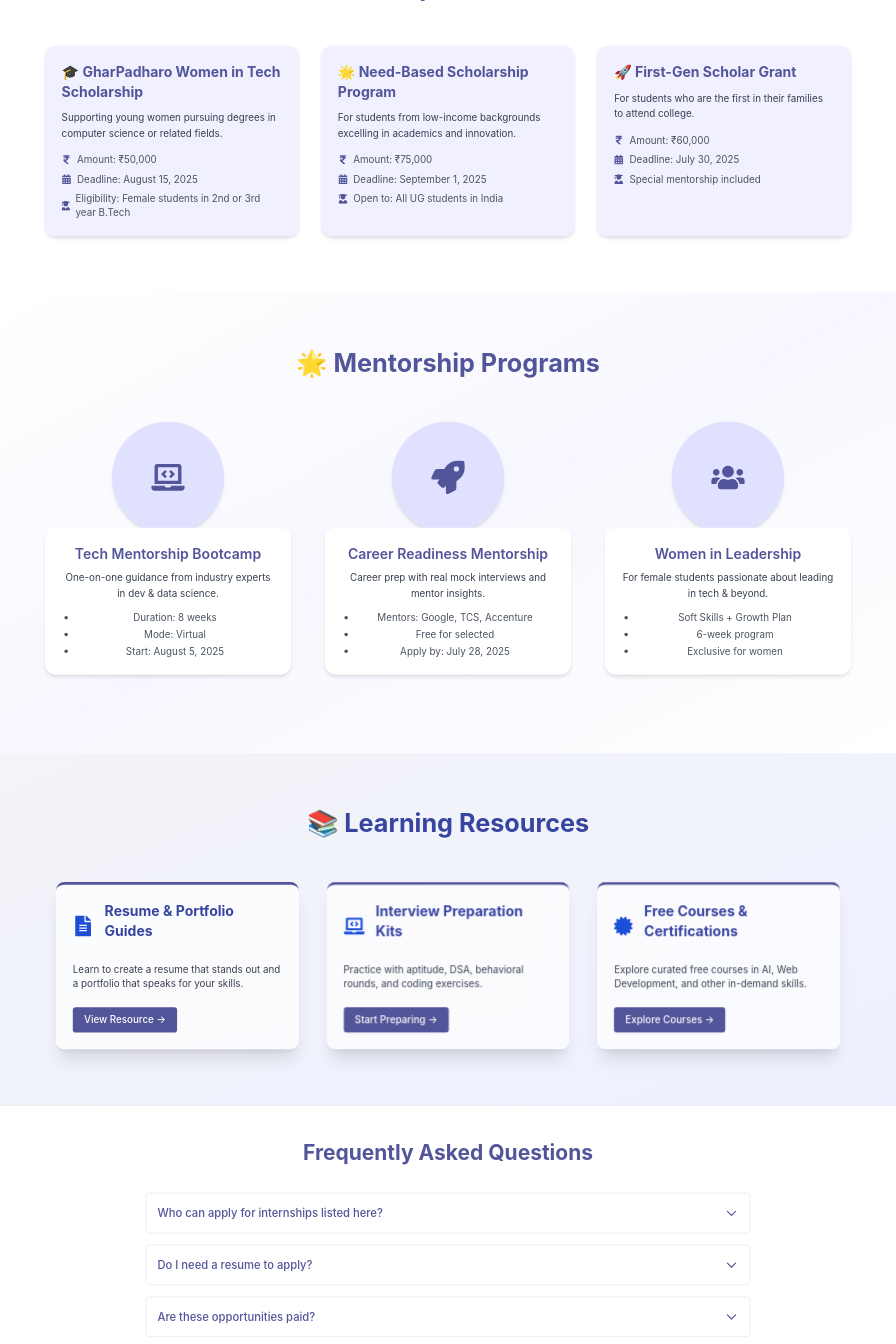
Repository: Siddharthkothiyal/GharPadhaaroCareerWebsite
Page: /#/students
These files come from the project's save history. The page is drawn as it stood at one moment and after the next save; the edit follows.
The browser window is 1280 px wide. The pictures show the part of the page from y = 4580 to 6500 px (the page is 6686 px tall before and 6691 px after), at 70% of full size.
The project was rebuilt for these pictures with package versions that can differ from the ones it lists, and the page was loaded fresh each time. Also part of the build but not shown: src/components/CareerPortal/JobListing/JobListings.css, src/components/CareerPortal/JobListing/JobListings.js, src/components/CareerPortal/Header.css, src/components/CareerPortal/ResumeUpload.css, src/components/CareerPortal/ResumeUpload.js, src/components/CareerPortal/Header.js, src/components/CareerPortal/JobListing/JobSearch.css, src/components/CareerPortal/JobListing/JobSearch.js and 10 more.

Above is the page before, as saved 2025-06-22 08:01:14.

### public/index.html
<!DOCTYPE html>
<html lang="en">

<head>
  <meta charset="utf-8" />
  <link rel="icon" href="%PUBLIC_URL%/favicon.ico" />
  <meta name="viewport" content="width=device-width, initial-scale=1" />
  <meta name="theme-color" content="#000000" />
  <meta name="description" content="GharPadharo - Find your perfect stay" />

  <!-- Font Awesome CDN (latest) -->
  <link rel="stylesheet" href="https://cdnjs.cloudflare.com/ajax/libs/font-awesome/6.5.2/css/all.min.css"
    integrity="sha512-SnH5WK+bZxgPHs44uWIX+LLJAJ9/2PkPKZ5QiAj6Ta86w+fsb2TkcmfRyVX3pBnMFcV7oQPJkl9QevSCWr3W6A=="
    crossorigin="anonymous" referrerpolicy="no-referrer" />

  <link rel="apple-touch-icon" href="%PUBLIC_URL%/logo192.png" />
  <title>GharPadharo</title>
</head>

<body>
  <noscript>You need to enable JavaScript to run this app.</noscript>
  <div id="root"></div>
  <!--
      This HTML file is a template.
      If you open it directly in the browser, you will see an empty page.

      You can add webfonts, meta tags, or analytics to this file.
      The build step will place the bundled scripts into the <body> tag.

      To begin the development, run `npm start` or `yarn start`.
      To create a production bundle, use `npm run build` or `yarn build`.
    -->
</body>

</html>

### src/index.css
@tailwind base;
@tailwind components;
@tailwind utilities;

/* You can keep your custom CSS below if needed */

body {
  margin: 0;
  font-family: -apple-system, BlinkMacSystemFont, 'Segoe UI', 'Roboto', 'Oxygen',
    'Ubuntu', 'Cantarell', 'Fira Sans', 'Droid Sans', 'Helvetica Neue',
    sans-serif;
  -webkit-font-smoothing: antialiased;
  -moz-osx-font-smoothing: grayscale;
}

code {
  font-family: source-code-pro, Menlo, Monaco, Consolas, 'Courier New',
    monospace;
}

### src/components/CareerPortal/CareerPortal.css
/* GharPadharo Career Portal Styles */
:root {
  --gharpadhaaro-blue: #0866ff;
  --gharpadhaaro-blue-dark: #0756d6;
  --gharpadhaaro-gray: #f0f2f5;
  --gharpadhaaro-text: #1c1e21;
  --gharpadhaaro-text-secondary: #65676b;
  --gharpadhaaro-white: #ffffff;
  --gharpadhaaro-border: #dadde1;
  --gharpadhaaro-success: #42b72a;
  --gharpadhaaro-error: #fa383e;
  --gharpadhaaro-shadow: rgba(0, 0, 0, 0.1);
  --gharpadhaaro-radius: 8px;
  --gharpadhaaro-transition: all 0.2s ease;
}

/* Global Styles */
.career-portal {
  font-family: 'Optimistic Display', -apple-system, BlinkMacSystemFont, 'Segoe UI', Roboto, Oxygen, Ubuntu, Cantarell, 'Open Sans', 'Helvetica Neue', sans-serif;
  color: var(--gharpadhaaro-text);
  line-height: 1.5;
  background-color: var(--gharpadhaaro-white);
}

.container {
  max-width: 1200px;
  margin: 0 auto;
  padding: 0 24px;
}

/* Hero Section */
.hero-section {
  background: linear-gradient(135deg, #0866ff 0%, #535699 100%);
  color: var(--meta-white);
  padding: 100px 0;
  text-align: center;
}

.hero-content {
  max-width: 800px;
  margin: 0 auto;
  padding: 0 24px;
}

.hero-content h1 {
  font-size: 48px;
  font-weight: 700;
  margin-bottom: 24px;
  line-height: 1.2;
}

.hero-content p {
  color: black;
  font-size: 20px;
  margin-bottom: 40px;
  margin-left: 70px;

}

/* Job Search Section */
.job-search-section {
  padding: 60px 0;
  background-color: var(--meta-white);
}

.filters-and-results {
  display: grid;
  grid-template-columns: 300px 1fr;
  gap: 30px;
}

/* Featured Teams Section */
.featured-teams-section {
  padding: 80px 0;
  background-color: var(--meta-gray);
}

.featured-teams-section h2 {
  font-size: 36px;
  font-weight: 700;
  margin-bottom: 16px;
  text-align: center;
}

.featured-teams-section p {
  font-size: 18px;
  color: var(--meta-text-secondary);
  max-width: 700px;
  margin: 0 auto 40px;
  text-align: center;
}

/* Buttons */
.btn {
  display: inline-flex;
  align-items: center;
  justify-content: center;
  padding: 12px 24px;
  border-radius: 0px;
  font-weight: 600;
  font-size: 16px;
  cursor: pointer;
  transition: var(--meta-transition);
  border: none;
}

.btn-primary {
  background-color: var(--meta-blue);
  color: var(--meta-white);
}

.btn-primary:hover {
  background-color: var(--meta-blue-dark);
}

.btn-secondary {
  background-color: var(--meta-gray);
  color: var(--meta-text);
  margin-left: 50px;
}

.btn-secondary:hover {
  background-color: #e4e6eb;
}

/* Form Elements */
.input-group {
  position: relative;
  margin-bottom: 16px;
}

.input-field {
  width: 100%;
  padding: 14px 16px;
  border-radius: var(--meta-radius);
  border: 1px solid var(--meta-border);
  font-size: 16px;
  transition: var(--meta-transition);
}

.input-field:focus {
  border-color: var(--meta-blue);
  outline: none;
  box-shadow: 0 0 0 2px rgba(8, 102, 255, 0.2);
}

/* Responsive */
@media (max-width: 992px) {
  .filters-and-results {
    grid-template-columns: 1fr;
  }

  .hero-content h1 {
    font-size: 36px;
  }

  .hero-content p {
    font-size: 18px;
  }
}

@media (max-width: 576px) {
  .hero-content h1 {
    font-size: 28px;
  }

  .hero-content p {
    font-size: 16px;
  }

  .featured-teams-section h2 {
    font-size: 28px;
  }
}

### src/components/Auth/Auth.css
/* Auth.css - Styles for Login and Signup components */

:root {
  --primary-color: #535699; /* GharPadharo blue */
  --secondary-color: #42B72A; /* GharPadharo green */
  --text-color: #1C1E21;
  --light-text: #606770;
  --error-color: #FA383E;
  --border-color: #DADDE1;
  --background-color: #F0F2F5;
  --card-background: #FFFFFF;
  --hover-color: #E7F3FF;
  --focus-shadow: 0 0 0 2px rgba(83, 86, 153, 0.2);
}

/* Auth Container */
.auth-container {
  display: flex;
  justify-content: center;
  align-items: center;
  min-height: 100vh;
  background-color: var(--background-color);
  padding: 20px;
}

/* Auth Card */
.auth-card {
  background-color: var(--card-background);
  border-radius: 8px;
  box-shadow: 0 2px 4px rgba(0, 0, 0, 0.1), 0 8px 16px rgba(0, 0, 0, 0.1);
  width: 100%;
  max-width: 400px;
  padding: 20px;
}

/* Auth Header */
.auth-header {
  text-align: center;
  margin-bottom: 20px;
}

.auth-logo {
  width: 40px;
  height: 40px;
  margin-bottom: 10px;
}

.auth-header h2 {
  font-size: 24px;
  font-weight: 600;
  color: var(--text-color);
  margin: 0;
}

.gharpadharo-logo{
  width: 60px;
  height: 60px;
}

/* Auth Form */
.auth-form {
  display: flex;
  flex-direction: column;
  gap: 16px;
}

.form-group {
  display: flex;
  flex-direction: column;
}

.form-group label {
  font-size: 14px;
  font-weight: 500;
  margin-bottom: 6px;
  color: var(--text-color);
}

.form-group input {
  padding: 12px 14px;
  border: 1px solid var(--border-color);
  border-radius: 6px;
  font-size: 16px;
  transition: border-color 0.2s, box-shadow 0.2s;
}

.form-group input:focus {
  outline: none;
  border-color: #535699;
  box-shadow: var(--focus-shadow);
}

.form-group input.error {
  border-color: var(--error-color);
}

.error-message {
  color: var(--error-color);
  font-size: 12px;
  margin-top: 4px;
}

/* Terms and Privacy */
.terms-privacy {
  font-size: 12px;
  color: 535699;
  margin-bottom: 10px;
  text-align: center;
}

.terms-privacy a {
  color: 535699;
  text-decoration: none;
}

.terms-privacy a:hover {
  text-decoration: underline;
}

/* Auth Button */
.auth-button {
  background-color: #535699;
  color: white;
  border: none;
  border-radius: 6px;
  padding: 12px;
  font-size: 16px;
  font-weight: 600;
  cursor: pointer;
  transition: background-color 0.2s;
  margin-top: 10px;
}

.auth-button:hover {
  background-color: #535699;
}

/* Auth Footer */
.auth-footer {
  margin-top: 20px;
  text-align: center;
}

.forgot-password {
  color: #535699;
  text-decoration: none;
  font-size: 14px;
  display: block;
  margin-bottom: 16px;
}

.forgot-password:hover {
  text-decoration: underline;
}

.auth-redirect {
  font-size: 14px;
  color: var(--light-text);
  margin: 0;
}

.auth-redirect a {
  color: #535699;
  text-decoration: none;
  font-weight: 500;
}

.auth-redirect a:hover {
  text-decoration: underline;
}

/* Responsive adjustments */
@media (max-width: 480px) {
  .auth-card {
    padding: 16px;
  }

  .auth-header h2 {
    font-size: 20px;
  }

  .form-group input {
    padding: 10px 12px;
    font-size: 14px;
  }

  .auth-button {
    padding: 10px;
    font-size: 14px;
  }
}

### src/components/LandingPage/LandingPage.css
/* LandingPage.css - Styles for the landing page */

:root {
  --primary-color: #535699; /* GharPadharo blue */
  --secondary-color: #42B72A; /* GharPadharo green */
  --text-color: #1C1E21;
  --light-text: #606770;
  --border-color: #DADDE1;
  --background-color: #F0F2F5;
  --card-background: #FFFFFF;
  --hover-color: #c8e4ff;
  --focus-shadow: 0 0 0 2px rgba(24, 119, 242, 0.2);
  --border-color: #blue;
  --background-color: #535699;
  --card-background: white;
  --hover-color: #E7F3FF;
  --focus-shadow: 0 0 0 2px rgba(83, 86, 153, 0.2);
}
/* General Styles */
.landing-page {
  font-family: 'Segoe UI', 'Helvetica Neue', sans-serif;
  color: var(--text-color);
  line-height: 1.5;
}

.container {
  max-width: 1200px;
  margin: 0 auto;
  padding: 0 20px;
}

section {
  padding: 60px 0;
}

h1, h2, h3, h4 {
  margin-top: 0;
  font-weight: 600;
}

h1 {
  font-size: 3rem;
  line-height: 1.2;
  margin-bottom: 20px;
}

h2 {
  font-size: 2.25rem;
  margin-bottom: 30px;
  text-align: center;
}

h3 {
  font-size: 1.5rem;
  margin-bottom: 15px;
}

p {
  margin-bottom: 20px;
}

.btn {
  display: inline-block;
  padding: 12px 24px;
  border-radius: 6px;
  font-weight: 600;
  text-decoration: none;
  text-align: center;
  cursor: pointer;
  transition: all 0.2s ease;
  margin-right: 12px;
  margin-bottom: 12px;
}

.btn-primary {
  background-color:  #0CAFFF;
  color: white;
  border: none;
}

.btn-primary:hover {
  background-color: whitesmoke;
  color: black;
}

.btn-secondary {
  background-color: var(--secondary-color);
  color: white;
  border: none;
}

.btn-secondary:hover {
  background-color: whitesmoke;
  color: black;
}

.btn-outline {
  background-color: white;
  color: black;
  border: white;
}

.btn-outline:hover {
  background-color: #0CAFFF;
  color: black;
}

/* Hero Section */
.hero {
  background-color: var(--background-color);
  padding: 80px 0;
}

.hero .container {
  display: flex;
  align-items: center;
  justify-content: space-between;
  gap: 40px;
}

.hero-content {
  flex: 1;
}

.hero-content p {
  font-size: 1.25rem;
  color: 535699;
  margin-bottom: 30px;
  max-width: 900px;
  margin-left: 8.5px;
}

.hero-buttons {
  display: flex;
  flex-wrap: wrap;
}

.hero-image {
  flex: 1;
  display: flex;
  justify-content: center;
  align-items: center;
}

.image-placeholder {
  background-color: 535699;
  border-radius: 12px;
  padding: 20px;
  display: flex;
  justify-content: center;
  align-items: center;
}


/* Features Section */
.features {
  background-color: white;
}

.features-grid {
  display: grid;
  grid-template-columns: repeat(auto-fit, minmax(250px, 1fr));
  gap: 30px;
  margin-top: 40px;
}

.feature-card {
  background-color: var(--card-background);
  border-radius: 12px;
  padding: 30px;
  box-shadow: 0 2px 4px rgba(0, 0, 0, 0.05);
  transition: transform 0.3s ease, box-shadow 0.3s ease;
}

.feature-card:hover {
  transform: scale(1.05);
  box-shadow: 0 10px 20px rgba(0, 0, 0, 0.1);
}

.feature-icon {
  margin-bottom: 20px;
}

.feature-card h3 {
  color: var(--text-color);
}

.feature-card p {
  color: var(--light-text);
  margin-bottom: 0;
}

/* Teams Section */
.teams-section {
  background-color: var(--background-color);
}

.section-description {
  text-align: center;
  max-width: 700px;
  margin: 0 auto 40px;
  color:white;
  font-size: 1.1rem;
}

.teams-carousel {
  display: grid;
  grid-template-columns: repeat(auto-fit, minmax(250px, 1fr));
  gap: 20px;
  margin-top: 30px;
}

.team-item {
  background-color: white;
  border-radius: 8px;
  padding: 25px;
  box-shadow: 0 2px 4px rgba(0, 0, 0, 0.05);
  transition: transform 0.3s ease;
}

.team-item:hover {
  transform: translateY(-5px);
}

.team-item h3 {
  color: var(--primary-color);
  margin-bottom: 10px;
}

.team-item p {
  color: var(--light-text);
  margin-bottom: 15px;
}

.team-link {
  color: var(--primary-color);
  text-decoration: none;
  font-weight: 600;
  display: inline-flex;
  align-items: center;
}

.team-link span {
  margin-left: 5px;
  transition: transform 0.2s ease;
}

.team-link:hover span {
  transform: translateX(3px);
}

/* Testimonials Section */
.testimonials {
  background-color: white;
}

.testimonial-card {
  max-width: 800px;
  margin: 0 auto;
  background-color: var(--card-background);
  border-radius: 12px;
  padding: 40px;
  box-shadow: 0 4px 12px rgba(0, 0, 0, 0.08);
  position: relative;
}

.quote-mark {
  font-size: 60px;
  color: var(--primary-color);
  opacity: 0.2;
  position: absolute;
  top: 20px;
  left: 20px;
  line-height: 1;
}

.testimonial-text {
  font-size: 1.25rem;
  line-height: 1.6;
  margin-bottom: 30px;
  position: relative;
  z-index: 1;
}

.testimonial-author {
  display: flex;
  align-items: center;
}

.author-avatar {
  width: 50px;
  height: 50px;
  border-radius: 50%;
  background-color: var(--primary-color);
  margin-right: 15px;
}

.author-info h4 {
  margin: 0;
  font-size: 1.1rem;
}

.author-info p {
  margin: 5px 0 0;
  color: var(--light-text);
  font-size: 0.9rem;
}

/* CTA Section */
.cta-section {
  background-color: var(--primary-color);
  color: white;
  text-align: center;
  padding: 80px 0;
}

.cta-section h2 {
  color: white;
  margin-bottom: 15px;
}

.cta-section p {
  color: rgba(255, 255, 255, 0.9);
  font-size: 1.2rem;
  margin-bottom: 30px;
  max-width: 700px;
  margin-left: auto;
  margin-right: auto;
}

.cta-buttons {
  display: flex;
  justify-content: center;
  flex-wrap: wrap;
  gap: 15px;
}

.cta-section .btn-primary {
  background-color: #42B72A;
  color:black;
}

.cta-section .btn-primary:hover {
  background-color: #f5f5f5;
}

.cta-section .btn-secondary {
  background-color: transparent;
  color: white;
  border: 1px solid white;
}

.cta-section .btn-secondary:hover {
  background-color: rgba(255, 255, 255, 0.1);
}

/* Responsive Styles */
@media (max-width: 992px) {
  h1 {
    font-size: 2.5rem;
  }

  h2 {
    font-size: 2rem;
  }

  .hero .container {
    flex-direction: column;
  }

  .hero-content, .hero-image {
    flex: none;
    width: 100%;
    text-align: center;
  }

  .hero-content p {
    margin-left: auto;
    margin-right: auto;
  }

  .hero-buttons {
    justify-content: center;
  }
}

@media (max-width: 768px) {
  section {
    padding: 40px 0;
  }

  h1 {
    font-size: 2rem;
  }

  h2 {
    font-size: 1.75rem;
  }

  .features-grid, .teams-carousel {
    grid-template-columns: 1fr;
  }

  .testimonial-card {
    padding: 30px 20px;
  }

  .testimonial-text {
    font-size: 1.1rem;
  }
}

### src/components/CareerPortal/StudentsPage/sections/Resources.js
import React from "react";
import { FaFileAlt, FaLaptopCode, FaCertificate } from "react-icons/fa";

const Resources = () => {
  return (
    <section className="py-20 bg-gradient-to-br from-[#f3f4f8] to-[#eef0ff]">
      <div className="max-w-6xl mx-auto px-4">
        <h2 className="text-4xl font-bold text-center text-[#3744a0] mb-16">
          📚 Learning Resources
        </h2>

        <div className="grid md:grid-cols-3 gap-10">
          {/* Resource 1 */}
          <div className="bg-white/70 backdrop-blur-lg rounded-xl shadow-xl p-6 hover:shadow-2xl transition-all duration-300 border-t-4 border-[#525599]">
            <div className="flex items-center gap-4 mb-4">
              <FaFileAlt className="text-3xl text-blue-700" />
              <h3 className="text-xl font-bold text-[#3744a0]">
                Resume & Portfolio Guides
              </h3>
            </div>
            <p className="text-gray-700 text-sm mb-6">
              Learn to create a resume that stands out and a portfolio that speaks for your skills.
            </p>
            <a
              href="https://example.com/resume-guide"
              target="_blank"
              rel="noreferrer"
              className="inline-block text-sm font-medium bg-[#525599] text-white py-2 px-4 rounded hover:bg-blue-700 transition"
            >
              View Resource →
            </a>
          </div>

          {/* Resource 2 */}
          <div className="bg-white/70 backdrop-blur-lg rounded-xl shadow-xl p-6 hover:shadow-2xl transition-all duration-300 border-t-4 border-[#525599]">
            <div className="flex items-center gap-4 mb-4">
              <FaLaptopCode className="text-3xl text-blue-700" />
              <h3 className="text-xl font-bold text-[#3744a0]">
                Interview Preparation Kits
              </h3>
            </div>
            <p className="text-gray-700 text-sm mb-6">
              Practice with aptitude, DSA, behavioral rounds, and coding exercises.
            </p>
            <a
              href="https://example.com/interview-prep"
              target="_blank"
              rel="noreferrer"
              className="inline-block text-sm font-medium bg-[#525599] text-white py-2 px-4 rounded hover:bg-blue-700 transition"
            >
              Start Preparing →
            </a>
          </div>

          {/* Resource 3 */}
          <div className="bg-white/70 backdrop-blur-lg rounded-xl shadow-xl p-6 hover:shadow-2xl transition-all duration-300 border-t-4 border-[#525599]">
            <div className="flex items-center gap-4 mb-4">
              <FaCertificate className="text-3xl text-blue-700" />
              <h3 className="text-xl font-bold text-[#3744a0]">
                Free Courses & Certifications
              </h3>
            </div>
            <p className="text-gray-700 text-sm mb-6">
              Explore curated free courses in AI, Web Development, and other in-demand skills.
            </p>
            <a
              href="https://example.com/free-courses"
              target="_blank"
              rel="noreferrer"
              className="inline-block text-sm font-medium bg-[#525599] text-white py-2 px-4 rounded hover:bg-blue-700 transition"
            >
              Explore Courses →
            </a>
          </div>
        </div>
      </div>
    </section>
  );
};

export default Resources;

Loaded but not shown: src/index.js (common file); src/reportWebVitals.js (common file); src/App.css (common file); tailwind.config.js (common file); src/components/CareerPortal/StudentsPage/sections/Scholarships.js (91 lines, source omitted); src/components/CareerPortal/StudentsPage/sections/Internships.js (115 lines, source omitted); src/components/CareerPortal/StudentsPage/sections/FreshersJob.js (115 lines, source omitted); src/components/CareerPortal/StudentsPage/sections/Mentorship.js (79 lines, source omitted); src/components/CareerPortal/StudentsPage/sections/Webinars.js (69 lines, source omitted); src/components/CareerPortal/StudentsPage/sections/FAQs.js (76 lines, source omitted); src/components/CareerPortal/StudentsPage/sections/Hackathons.js (63 lines, source omitted); src/components/CareerPortal/StudentsPage/sections/EarlyCareers.js (77 lines, source omitted); src/components/CareerPortal/StudentsPage/StudentsPage.js (70 lines, source omitted); src/App.js (49 lines, source omitted)

After the next save:
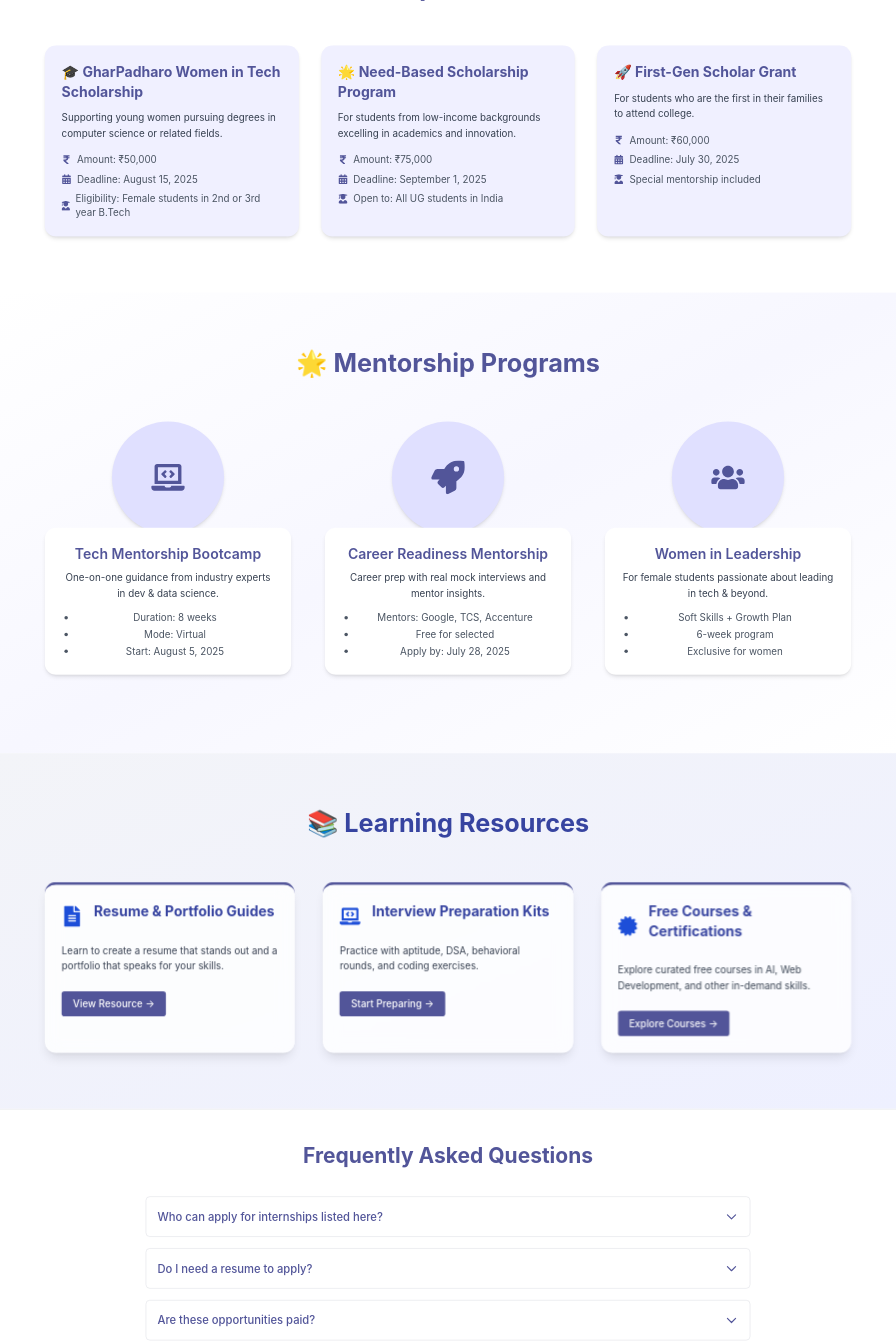
Saved 43 s later.
--- a/src/components/CareerPortal/StudentsPage/sections/Resources.js
+++ b/src/components/CareerPortal/StudentsPage/sections/Resources.js
@@ -3,22 +3,22 @@ import { FaFileAlt, FaLaptopCode, FaCertificate } from "react-icons/fa";
 
 const Resources = () => {
   return (
-    <section className="py-20 bg-gradient-to-br from-[#f3f4f8] to-[#eef0ff]">
-      <div className="max-w-6xl mx-auto px-4">
+    <section className="py-20 px-4 bg-gradient-to-br from-[#f3f4f8] to-[#eef0ff]">
+      <div className="max-w-6xl mx-auto">
         <h2 className="text-4xl font-bold text-center text-[#3744a0] mb-16">
           📚 Learning Resources
         </h2>
 
         <div className="grid md:grid-cols-3 gap-10">
           {/* Resource 1 */}
-          <div className="bg-white/70 backdrop-blur-lg rounded-xl shadow-xl p-6 hover:shadow-2xl transition-all duration-300 border-t-4 border-[#525599]">
+          <div className="bg-white/80 backdrop-blur-md rounded-2xl shadow-lg hover:shadow-2xl transition-all duration-300 border-t-4 border-[#525599] p-6">
             <div className="flex items-center gap-4 mb-4">
               <FaFileAlt className="text-3xl text-blue-700" />
               <h3 className="text-xl font-bold text-[#3744a0]">
                 Resume & Portfolio Guides
               </h3>
             </div>
-            <p className="text-gray-700 text-sm mb-6">
+            <p className="text-gray-700 text-sm leading-relaxed mb-6">
               Learn to create a resume that stands out and a portfolio that speaks for your skills.
             </p>
             <a
@@ -32,14 +32,14 @@ const Resources = () => {
           </div>
 
           {/* Resource 2 */}
-          <div className="bg-white/70 backdrop-blur-lg rounded-xl shadow-xl p-6 hover:shadow-2xl transition-all duration-300 border-t-4 border-[#525599]">
+          <div className="bg-white/80 backdrop-blur-md rounded-2xl shadow-lg hover:shadow-2xl transition-all duration-300 border-t-4 border-[#525599] p-6">
             <div className="flex items-center gap-4 mb-4">
               <FaLaptopCode className="text-3xl text-blue-700" />
               <h3 className="text-xl font-bold text-[#3744a0]">
                 Interview Preparation Kits
               </h3>
             </div>
-            <p className="text-gray-700 text-sm mb-6">
+            <p className="text-gray-700 text-sm leading-relaxed mb-6">
               Practice with aptitude, DSA, behavioral rounds, and coding exercises.
             </p>
             <a
@@ -53,14 +53,14 @@ const Resources = () => {
           </div>
 
           {/* Resource 3 */}
-          <div className="bg-white/70 backdrop-blur-lg rounded-xl shadow-xl p-6 hover:shadow-2xl transition-all duration-300 border-t-4 border-[#525599]">
+          <div className="bg-white/80 backdrop-blur-md rounded-2xl shadow-lg hover:shadow-2xl transition-all duration-300 border-t-4 border-[#525599] p-6">
             <div className="flex items-center gap-4 mb-4">
               <FaCertificate className="text-3xl text-blue-700" />
               <h3 className="text-xl font-bold text-[#3744a0]">
                 Free Courses & Certifications
               </h3>
             </div>
-            <p className="text-gray-700 text-sm mb-6">
+            <p className="text-gray-700 text-sm leading-relaxed mb-6">
               Explore curated free courses in AI, Web Development, and other in-demand skills.
             </p>
             <a
